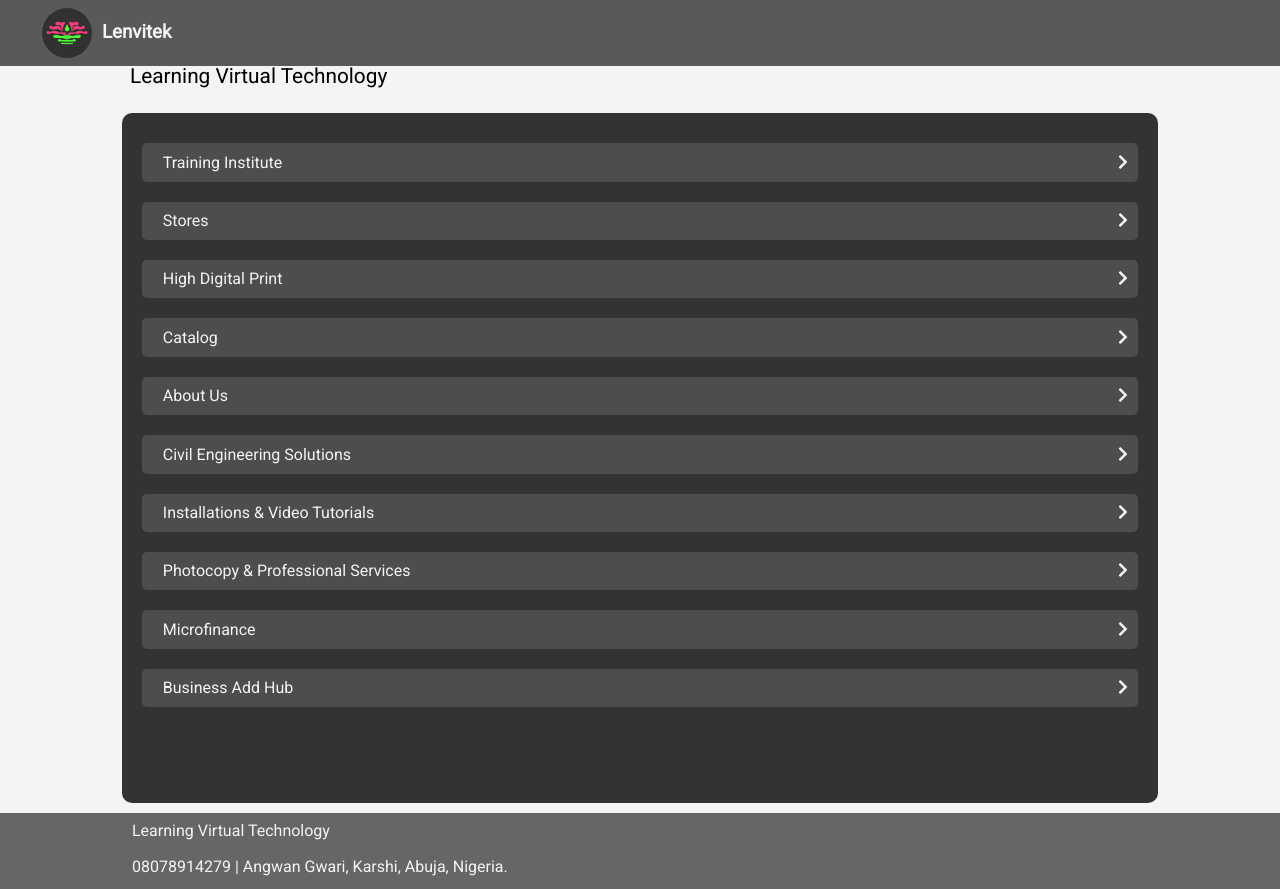
Repository: mxhdiqaim/lenviteck
Page: dist/index.html
The author's editor kept a copy of each file at every save. The page is drawn from the files as they stood at one save, then again after the next save.
The browser window is 1280 px wide. The pictures show the whole page.
Some web libraries are served in a nearby version. The style sheet was rebuilt from its Sass, Less or Tailwind sources for each picture, by a compiler version that may differ from the author's.

Above is the page before, as saved 2021-05-07 15:49:12.

### dist/index.html
<!DOCTYPE html>
<html lang="en">
<head>
    <meta charset="UTF-8">
    <meta http-equiv="X-UA-Compatible" content="IE=edge">
    <meta name="viewport" content="width=device-width, initial-scale=1.0">
    <link rel="icon" href="../img/favicon.ico" type="image/x-icon" />
    <link rel="stylesheet" href="./styles/main.css">
    <link rel="stylesheet" href="https://pro.fontawesome.com/releases/v5.10.0/css/all.css"
    integrity="sha384-AYmEC3Yw5cVb3ZcuHtOA93w35dYTsvhLPVnYs9eStHfGJvOvKxVfELGroGkvsg+p" crossorigin="anonymous" />
    <title>Lenviteck, Inc.</title>
</head>
<body>

  <section class="content">
    <nav class="navbar bg-dark">
        <div class="logo-div">
            <img src="../img/LOGO.jpeg" class="logo" alt="">
            <h1>Lenvitek</h1>
        </div>
    </nav>



    <div class="business-add-hub">
        <h1 class="mr-1">Learning Virtual Technology</h1>
    </div>
    <section class="container">
        <div class="section-1">

            <div class="works-list">
                <a href="./trainingInstitute.html" class="btn btn-block" >Training Institute<span><i class="fas fa-chevron-right"></i></span> </a>
                <ul>
                    <!-- <li class="card"><a href="#">Home</a></li>
                    <li class="card"><a href="#">Home</a></li>
                    <li class="card"><a href="#">Home</a></li>
                    <li class="card"><a href="#">Home</a></li> -->
                </ul>
            </div>
           <div class="works-list">
                <a href="#" class="btn btn-block" >Stores<span><i class="fas fa-chevron-right"></i></span> </a>
                <ul>
                    <!-- <li class="card"><a href="#">Home</a></li>
                    <li class="card"><a href="#">Home</a></li>
                    <li class="card"><a href="#">Home</a></li>
                    <li class="card"><a href="#">Home</a></li> -->
                </ul>
            </div>
            <div class="works-list">
                <a href="#" class="btn btn-block" >High Digital Print<span><i class="fas fa-chevron-right"></i></span> </a>
                <ul>
                    <!-- <li class="card"><a href="#">Home</a></li>
                    <li class="card"><a href="#">Home</a></li>
                    <li class="card"><a href="#">Home</a></li>
                    <li class="card"><a href="#">Home</a></li> -->
                </ul>
            </div>

            <div class="works-list">
                <a href="https://www.whatsapp.com/catalog/2349015135120/" target="_blank" class="btn btn-block" >Catalog<span><i class="fas fa-chevron-right"></i></span> </a>
                <ul>
                    <!-- <li class="card"><a href="#">Home</a></li>
                    <li class="card"><a href="#">Home</a></li>
                    <li class="card"><a href="#">Home</a></li>
                    <li class="card"><a href="#">Home</a></li> -->
                </ul>
            </div>
            <div class="works-list">
                <a href="https://mahdiabubakar.github.io/me/#/" class="btn btn-block" >About Us<span><i class="fas fa-chevron-right"></i></span> </a>
                <ul>
                    <!-- <li class="card"><a href="#">Home</a></li>
                    <li class="card"><a href="#">Home</a></li>
                    <li class="card"><a href="#">Home</a></li>
                    <li class="card"><a href="#">Home</a></li> -->
                </ul>
            </div>
            <div class="works-list">
                <a href="#" class="btn btn-block" >Civil Engineering Solutions<span><i class="fas fa-chevron-right"></i></span> </a>
                <ul>
                    <!-- <li class="card"><a href="#">Home</a></li>
                    <li class="card"><a href="#">Home</a></li>
                    <li class="card"><a href="#">Home</a></li>
                    <li class="card"><a href="#">Home</a></li> -->
                </ul>
            </div>
            <div class="works-list">
                <a href="#" class="btn btn-block" >Installations & Video Tutorials<span><i class="fas fa-chevron-right"></i></span> </a>
                <ul>
                    <!-- <li class="card"><a href="#">Home</a></li>
                    <li class="card"><a href="#">Home</a></li>
                    <li class="card"><a href="#">Home</a></li>
                    <li class="card"><a href="#">Home</a></li> -->
                </ul>
            </div>
            <div class="works-list">
                <a href="#" class="btn btn-block" >Photocopy & Professional Services<span><i class="fas fa-chevron-right"></i></span> </a>
                <ul>
                    <!-- <li class="card"><a href="#">Home</a></li>
                    <li class="card"><a href="#">Home</a></li>
                    <li class="card"><a href="#">Home</a></li>
                    <li class="card"><a href="#">Home</a></li> -->
                </ul>
            </div>
            <div class="works-list">
                <a href="#" class="btn btn-block" >Microfinance<span><i class="fas fa-chevron-right"></i></span> </a>
                <ul>
                    <!-- <li class="card"><a href="#">Home</a></li>
                    <li class="card"><a href="#">Home</a></li>
                    <li class="card"><a href="#">Home</a></li>
                    <li class="card"><a href="#">Home</a></li> -->
                </ul>
            </div>
            <div class="works-list">
                <a href="./businessAddHub.html" class="btn btn-block" >Business Add Hub<span><i class="fas fa-chevron-right"></i></span> </a>
                <ul>
                    <!-- <li class="card"><a href="#">Home</a></li>
                    <li class="card"><a href="#">Home</a></li>
                    <li class="card"><a href="#">Home</a></li>
                    <li class="card"><a href="#">Home</a></li> -->
                </ul>
            </div>
        </div>
    </section>
</section>
    <footer>
       <div class="container-1">
           <div id="copy"></div>
       </div>
    </footer>

    <script>

        const date = new Date().getFullYear();

        document.getElementById("copy").innerHTML = ` <p>Learning Virtual Technology </p> <p>08078914279 | Angwan Gwari, Karshi, <span>Abuja, Nigeria</span>. </p>`;
    </script>
</body>
</html>

### dist/styles/main.scss
// Import
@import url('https://fonts.googleapis.com/css?family=Roboto');

// Global variables
$primary-color: #dc3545;
$dark-color: #333333;
$light-color: #f4f4f4;
$danger-color: #dc3545;
$success-color: #28a745;

// Functions
@function set-text-color($color) {
  @if (lightness($color) > 40) {
    @return #000;
  } @else {
    @return #fff;
  }
}

* {
  padding: 0;
  margin: 0;
  box-sizing: border-box;
}

body {
  font-family: 'Roboto', sans-serif;
  font-size: 1rem;
  line-height: 1.6;
  color: set-text-color($light-color);
  background: $light-color;
}


a {
  color: set-text-color($light-color);
  text-decoration: none;
}

ul {
  list-style: none;
}

img {
  width: 100%;
}

.logo-div {
  display: flex;
  justify-content: flex-start;
  align-items: center;

  .logo {
    width: 50px;
    margin: 0 10px;
    border-radius: 50%;
  }
}

.container {
  max-width: 1100px;
  margin: auto;
  overflow: hidden;
  padding: 0 2rem;
}

.container-1 {
  max-width: 1100px;
  margin-left: 100px;
  overflow: hidden;
  padding: 0 2rem;
}

.section-1 {
  padding: 20px 10px;
  width: 100%;
  margin: auto;
  background: $dark-color;
  color: $light-color;
  margin: 10px auto;
  border-radius: 10px;
  height: calc(100vh - 30px);
  margin-top: 80px;
  // margin-bottom: 80px;

  .works-list {
    padding: 10px;
    width: 100%;
    transition: all .3s ease;

    ul li a {
      color: $light-color;
      transition: color .3s ease;

      &:hover {
        color: darken($light-color, 10);
      }
    }
  }
}

// cards
.card {
  padding: .5rem;
  border: #444 1px solid;
  border-radius: 5px;
  margin: 0.5rem 0;
}

.btn {
  display: inline-block;
  background: light-color;
  border-radius: 5px;
  padding: 0.4rem 1.3rem;
  font-size: 1rem;
  border: none;
  cursor: pointer;
  margin-right: 0.5rem;
  transition: opacity 0.2s ease-in;
  outline: none;
  background-color: lighten($dark-color, 10);
  color: $light-color;
  display: block;
  width: 100%;
  position: relative;

  span {
    position: absolute;
    right: 10px;
  }
}

.btn:hover {
  background-color: lighten($dark-color, 15);
}

input {
  margin: 1.2rem 0;
}

.btn-primary,
.bg-primary,
.badge-primary,
.alert-primary {
  background: $primary-color;
  color: #fff;
}

.btn-light,
.bg-light,
.badge-light,
.alert-light {
  background: $light-color;
  color: #333;
}

.btn-dark,
.bg-dark,
.badge-dark,
.alert-dark {
  background: $dark-color;
  color: #fff;
}

.btn-danger,
.bg-danger,
.badge-danger,
.alert-danger {
  background: $danger-color;
  color: #fff;
}

.btn-success,
.bg-success,
.badge-success,
.alert-success {
  background: $success-color;
  color: #fff;
}

.btn-white,
.bg-white,
.badge-white,
.alert-white {
  background: #fff;
  color: #333;
  border: #ccc solid 1px;
}



.bg-light,
.badge-light {
  border: #ccc solid 1px;
}

.navbar {
  display: flex;
  justify-content: space-between;
  align-items: center;
  padding: 0.5rem 2rem;
  z-index: 1;
  width: 100%;
  background: $dark-color;
  opacity: 0.8;
  color: $light-color;
  margin-bottom: 0.6rem;
  position: fixed;
  top: 0;
  // margin: 5px ;
}

.navbar ul {
  display: flex;
}

.navbar a {
  color: #fff;
  padding: 0.45rem;
  margin: 0 0.25rem;
}

.navbar a:hover {
  color: $light-color;
}


// Drop Down Menu


// Footer
footer {
  background: lighten($dark-color, 20);
  display: flex;
  flex-direction: column;
  justify-content: flex-start;
  align-items: flex-start;
  color: $light-color;
  padding-top: 5px;
  padding-bottom: -2px;
  // margin-bottom: -200px !important;

  ul {
    display: flex;

    li {
      margin: 10px;

      a {
        transition: all .3s ease;
        color: $light-color;

        &:hover {
          color: darken($light-color, 10);
        }
      }

    }
  }

  p {
    margin-bottom: 10px;
  }
}

// Media Query
@media (max-width: 700px) {
  .hide-sm {
    display: none;
  }

  /* Navbar */
  .navbar {
    display: block;
  }

  .navbar ul {
    text-align: center;
    justify-content: center;
  }

  // Footer
  .container-1 {
    max-width: 1100px;
    // margin-left: 100px;
    margin: auto;
    text-align: left;
    overflow: hidden;
    padding: 0 2rem;
  }

  /*
  * Business Add Hub
  */

  .company {
    flex-direction: column;
    text-align: center;

    img {
      width: 90% !important;
      margin: auto;
    }
  }

  .business-add-hub {
    position: relative;
    top: 60px;
    left: 60px !important;
  }

  .mr-1 {
    // margin-left: -40px !important;
    // margin-top: 2rem !important;
  }
}

/*
 * Business Add Hub
*/


.business-add-hub {
  color: #000;
  position: relative;
  max-width: 1100px;
  margin: auto;
  top: 60px;
  left: 10px;

  .mr-1 {
    margin-left: 30px;
    font-weight: 500;
    font-size: 1.3rem;
  }
}

.company {
  display: flex;
  padding: 10px;
  background: $dark-color;
  margin: 20px;
  border-radius: 10px;
  padding: 20px;

  div {
    padding: 10px;
    line-height: 1.8;

  }
  img {
    width: 200px;

  }

}


.section-2 {
  padding: 20px 10px;
  color: $light-color;
  // margin: 10px auto;
  border-radius: 10px;
  margin-top: 40px;

}

After the next save:
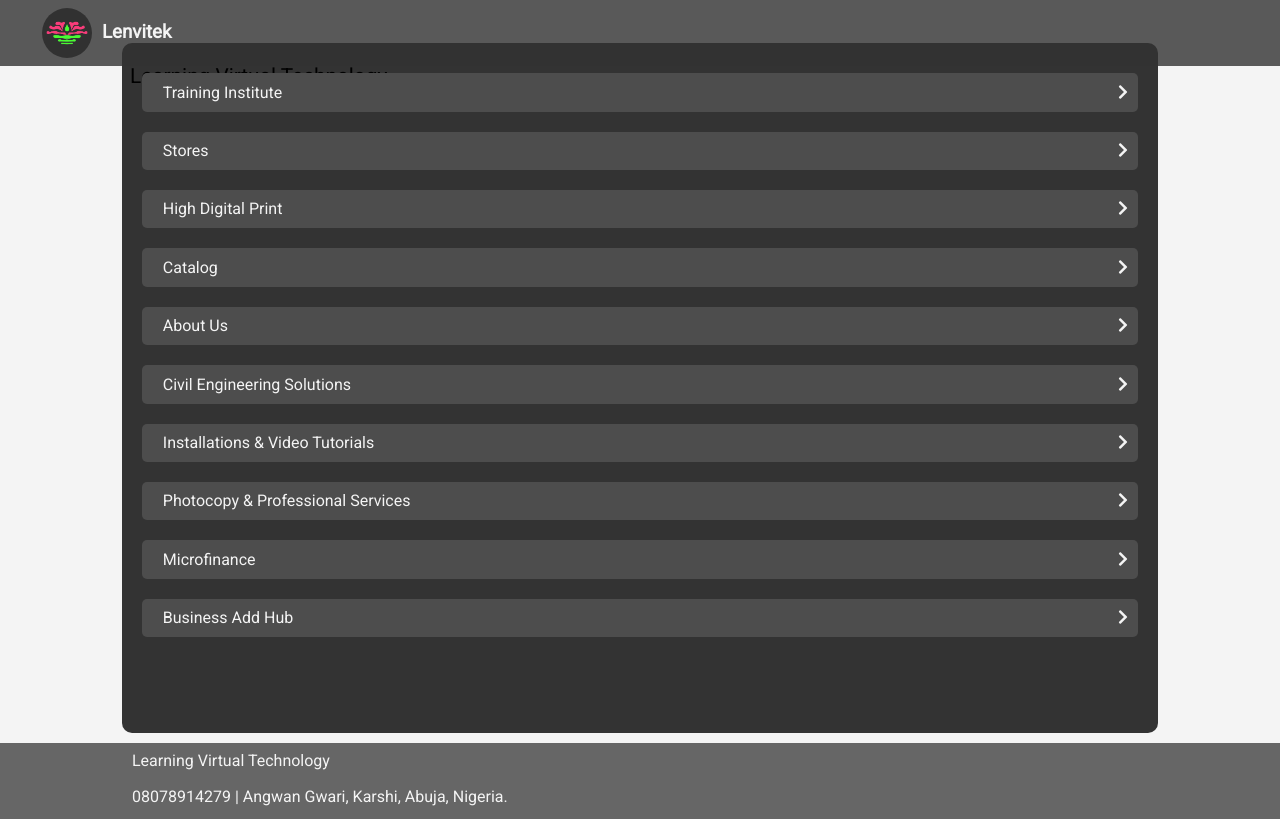
Saved 24 s later.
--- a/dist/styles/main.scss
+++ b/dist/styles/main.scss
@@ -73,14 +73,12 @@
 
 .section-1 {
   padding: 20px 10px;
-  width: 100%;
-  margin: auto;
   background: $dark-color;
   color: $light-color;
   margin: 10px auto;
   border-radius: 10px;
   height: calc(100vh - 30px);
-  margin-top: 80px;
+  // margin-top: 80px;
   // margin-bottom: 80px;
 
   .works-list {

After the save that followed:
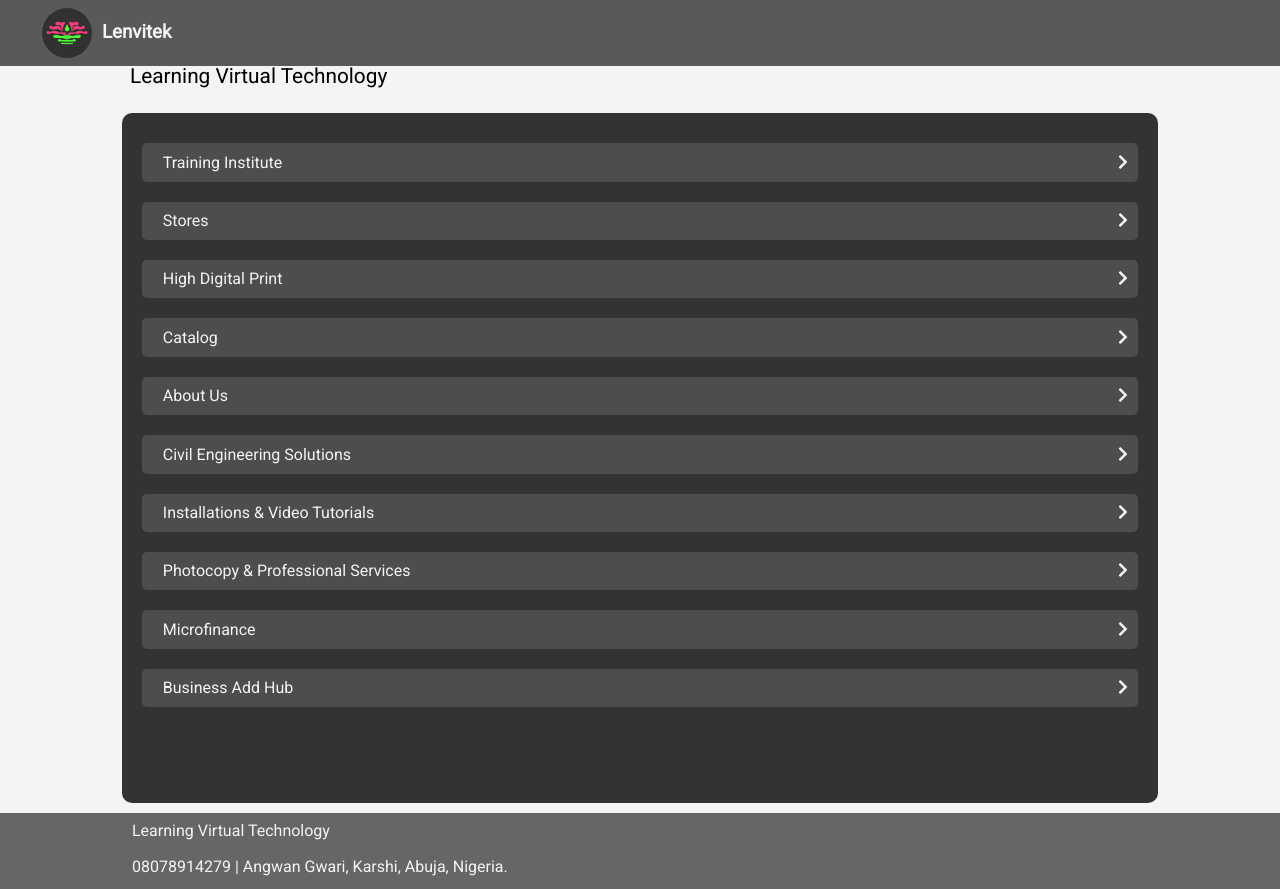
Saved 9 s later.
--- a/dist/styles/main.scss
+++ b/dist/styles/main.scss
@@ -78,7 +78,7 @@
   margin: 10px auto;
   border-radius: 10px;
   height: calc(100vh - 30px);
-  // margin-top: 80px;
+  margin-top: 80px;
   // margin-bottom: 80px;
 
   .works-list {
